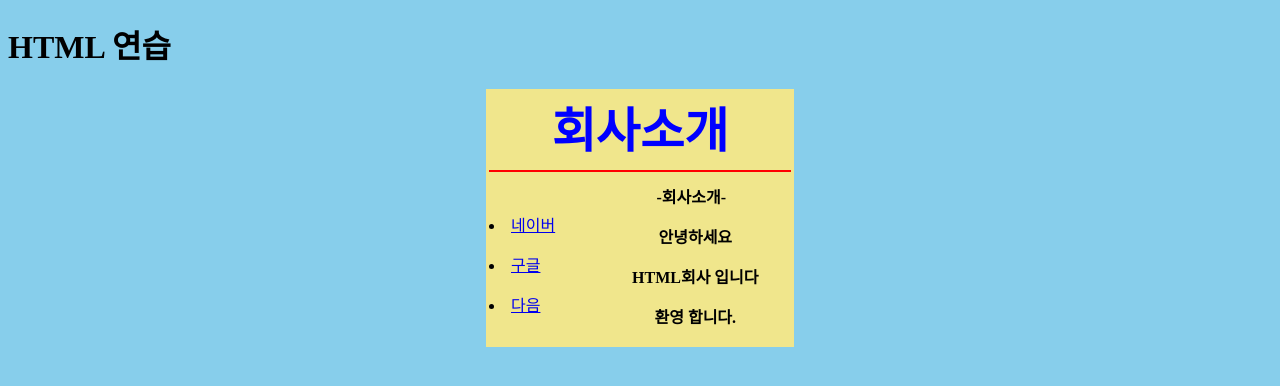
Repository: basstpgns/20201029html
Page: jsp/html/quiz02.html
These files come from the project's save history. The page is drawn as it stood at one moment and after the next save; the edit follows.
The browser window is 1280 px wide. The pictures show the whole page.

Above is the page before, as saved 2020-10-29 08:47:25.

### jsp/html/quiz02.html
<!DOCTYPE html>
<html>
<head>
<meta charset="EUC-KR">
<title>Insert title here</title>
</head>
<body bgcolor="skyblue">
	<h1>HTML 연습</h1>
	<table align="center" bgcolor="khaki">
		<tbody>
			<tr>
				<th colspan="3"><font size="7" face="궁서체" style="color: blue">회사소개</font>
					<hr width="300px" align="center" color="red"></th>
			</tr>
			<tr>
				<ul>
					<td>
						<p>
						<li><a href="https://www.naver.com/">네이버</a></li>
						</p>
						<p>
						<li><a href="https://www.google.com/">구글</a></li>
						</p>
						<p>
						<li><a href="https://www.daum.net/">다음</a></li>
						</p>
					</td>
				</ul>
				<th>
					-회사소개-
					<p>&nbsp;&nbsp;안녕하세요</p>
					<p>&nbsp;&nbsp;HTML회사 입니다</p>
					<p>&nbsp;&nbsp;환영 합니다.</p>
				</th>
			</tr>
		</tbody>
	</table>
</body>
</html>

After the next save:
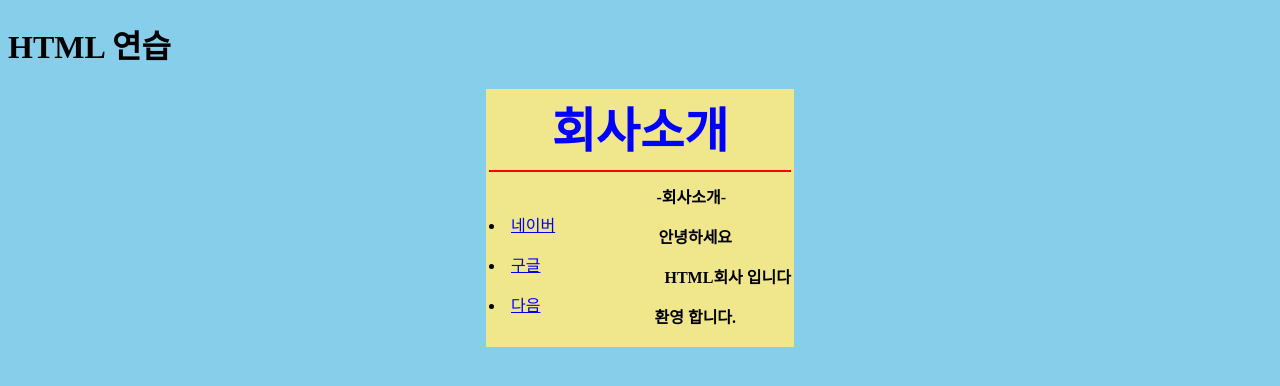
Saved 12 s later.
--- a/jsp/html/quiz02.html
+++ b/jsp/html/quiz02.html
@@ -29,7 +29,7 @@
 				<th>
 					-회사소개-
 					<p>&nbsp;&nbsp;안녕하세요</p>
-					<p>&nbsp;&nbsp;HTML회사 입니다</p>
+					<p align="right">&nbsp;&nbsp;HTML회사 입니다</p>
 					<p>&nbsp;&nbsp;환영 합니다.</p>
 				</th>
 			</tr>
